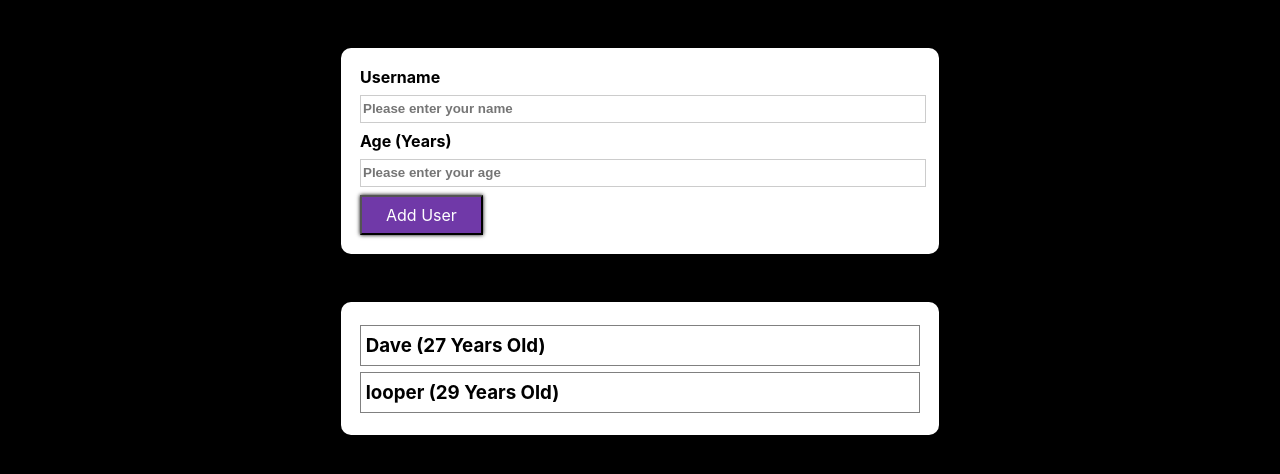
Repository: NamalPathirana/section-eight
Page: /
The author's editor kept a copy of each file at every save. The page is drawn from the files as they stood at one save, then again after the next save.
The browser window is 1280 px wide. The pictures show the whole page.
The project was rebuilt for these pictures with package versions that can differ from the ones it lists, and the page was loaded fresh each time.

Above is the page before, as saved 2021-11-26 06:23:56.

### src/index.css
body {
  margin: 0;
  padding: 0%;
  height: 100%;
  width: 100%;
  display: flex;
  flex-direction: column;
  background-color: black;
  font-family: -apple-system, BlinkMacSystemFont, 'Segoe UI', 'Roboto', 'Oxygen',
    'Ubuntu', 'Cantarell', 'Fira Sans', 'Droid Sans', 'Helvetica Neue',
    sans-serif;
  -webkit-font-smoothing: antialiased;
  -moz-osx-font-smoothing: grayscale;
}

code {
  font-family: source-code-pro, Menlo, Monaco, Consolas, 'Courier New',
    monospace;
}

### src/App.js
import logo from './logo.svg';
import './App.css';
import UserInput from './Components/UserInput/UserInput';
import UserList from './Components/UserList/UserList';

function App() {
  const userList =
    [
        {name:'Dave',age:'27'},
        {name:'looper',age:'29'}
    ];
  return (
    <div className="App">
      <section>
      <UserInput></UserInput>
      </section>
      <section>
      <UserList items={userList}></UserList>
      </section>

    </div>
  );
}

export default App;

### src/App.css
.App {


}

### src/Components/UserInput/UserInput.js
import Button from '../../UI/Button/Button';
import styles from './UserInput.module.css'

const UserInput = () => {
    return (
        <form>
        <div className={styles.frame}>
            <label>Username</label>
            <input placeholder='Please enter your name'/>
            <label>Age (Years)</label>
            <input placeholder='Please enter your age'/>
            <Button name='Add User'></Button>
        </div>
        </form>
    );
};

export default UserInput;

### src/Components/UserList/UserList.js
import styles from './UserList.module.css';
import UserListItem from '../UserListItem/UserListItem'


const UserList = (props) => {



    const listUserItems = props.items.map(row=>{
        return  <UserListItem name={row.name} age={row.age}/>;
    });

    return(
        <div className={styles.frame}>
           {listUserItems}
        </div>
    );
}

export default UserList;

### src/UI/Button/Button.js
import styles from "./Button.module.css";

const Button = (props) => {
  return <button className={styles.button}>{props.name}</button>;
};

export default Button;

### src/Components/UserInput/UserInput.module.css
.frame{
    margin: 0.5rem 0.5rem;
    padding: 1.2rem 1.2rem;
    width: 35rem;
    max-width: 90%;
    margin: 3rem auto;
    background-color: white;
    border-radius: 10px;

}

.frame input{
    display: block;
    font-weight: bold;
    border: 1px solid #ccc;
    line-height: 1.5rem;
    padding: 100 0.25rm;
    width: 100%;
    margin-bottom: 0.5rem;
}

.frame input:hover{
    border: 1px solid rgb(49, 45, 45);
}

.frame label{
    display: block;
    align-content: flex-start;
    font-weight: bold;
    margin-bottom: 0.5rem;
}

### src/Components/UserList/UserList.module.css
.frame{
    margin: 0.5rem 0.5rem;
    padding: 1.2rem 1.2rem;
    width: 35rem;
    max-width: 90%;
    margin: 3rem auto;
    background-color: white;
    border-radius: 10px;
    display: flex;
    flex-direction: column;
}

### src/Components/UserListItem/UserListItem.js
import styles from './UserListItem.module.css';


const UserListItem = (props) => {

    return(
        <div className={styles.list_item}>
            <h3>{props.name} ({props.age} Years Old)</h3>
        </div>
    );
}

export default UserListItem;

### src/UI/Button/Button.module.css
.button{
    font: inherit;
    padding: 0.5rem 1.5rem;
    background-color: rgb(112, 57, 168);
    color:white;
    box-shadow: 0 0 4px black;
    cursor: pointer;
    width: auto;
}

.button:focus{
    outline: none;
}

.button:hover,.button:active{
    background-color: rgb(185, 140, 231);
    border-color: rgb(185, 140, 231);
    box-shadow: 0 0 8px black;
}

### src/Components/UserListItem/UserListItem.module.css
.list_item{
    border: 1px solid gray;
    display: block;
    padding: 0.5rem 0.3rem;
    margin: 3px 0px;

}

.list_item:hover{
    background-color: antiquewhite;
}

.list_item:active{
    background-color: rgb(251, 199, 199);
}


.list_item h3{
    margin: 0px;
}

Loaded but not shown: public/index.html (common file); src/index.js (common file); src/reportWebVitals.js (common file)

After the next save:
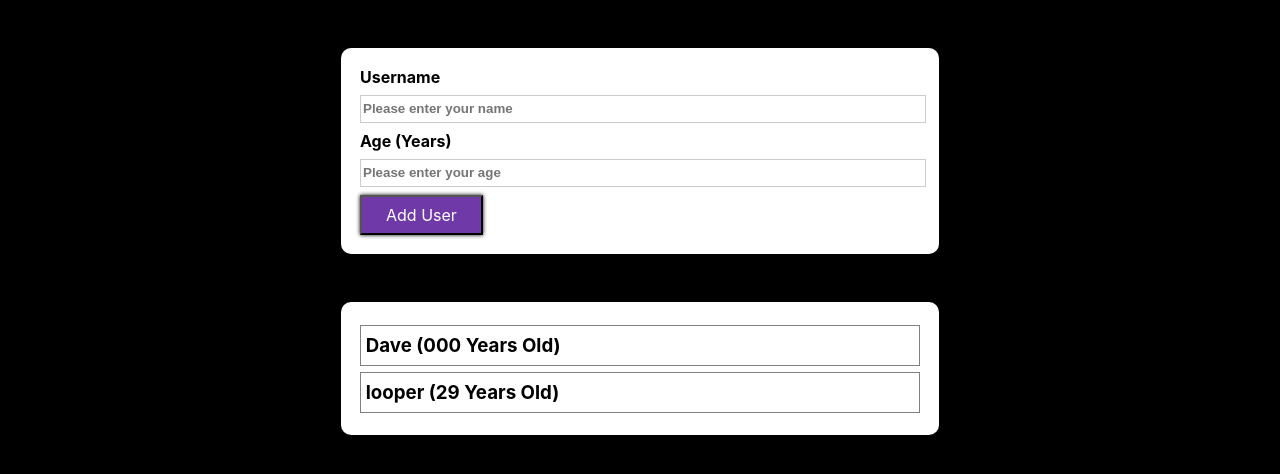
Saved 6 s later.
--- a/src/App.js
+++ b/src/App.js
@@ -6,7 +6,7 @@ import UserList from './Components/UserList/UserList';
 function App() {
   const userList =
     [
-        {name:'Dave',age:'27'},
+        {name:'Dave',age:'000'},
         {name:'looper',age:'29'}
     ];
   return (
